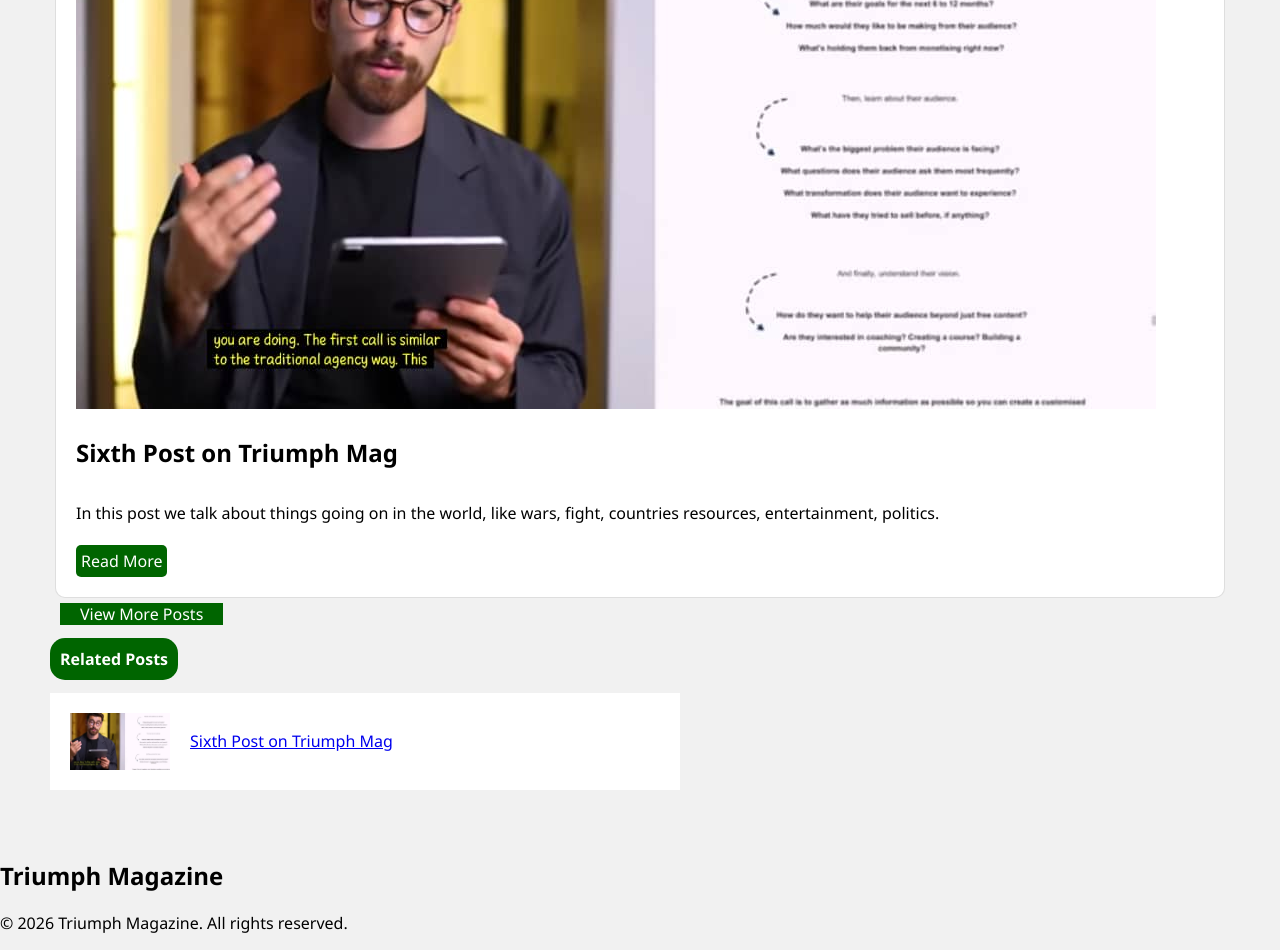
Repository: zikcolle/Triumph-Blog
Page: index.html
These files come from the project's save history. The page is drawn as it stood at one moment and after the next save; the edit follows.
The browser window is 1280 px wide. The pictures show the part of the page from y = 4545 to 5497 px (the page is 5495 px tall before and 5497 px after).

Above is the page before, as saved 2026-06-22 10:08:17.

### index.html
<!DOCTYPE html>
<html lang="en">

<head>
    <meta charset="UTF-8">
    <meta name="viewport" content="width=device-width, initial-scale=1.0">
    <title>Triumph Magazine</title>
    <link rel="stylesheet" href="styles.css">
</head>

<body>
    <header>
        <nav>
            <div class="logo">Triumph Magazine</div>
            <div class="hamburger" onclick="toggleMenu()">
                <svg width="30" height="30">
                    <line x1="3" y1="5" x2="27" y2="5" stroke="black" stroke-width="3" />
                    <line x1="3" y1="15" x2="27" y2="15" stroke="black" stroke-width="3" />
                    <line x1="3" y1="25" x2="27" y2="25" stroke="black" stroke-width="3" />
                </svg>


            </div>
            <ul id="nav-links">
                <li><a href="#">Home</a></li>
                <li><a href="/about-us">About</a></li>
                <li><a href="/contact-us">Contact</a></li>
            </ul>
        </nav>
    </header>


    <main>
        <section>
            <div>
                <h2 class="label-post">Trending Post 🔥</h2>
            </div>
            <div class="feat-post">
                <img src="simage\postiman.jpeg">
                <h1>How to make mony online as a beginner</h1>
                <p>In this post you would learn how to make money as a beginner as we delve into 20 ways you can earn
                    using your phone and the internet. These methods have been proven by millions of people in the
                    digital space and its best for you to know about it.</p>
                <a href="#" class="read-more">Read More</a>
            </div>
        </section>

        <section>
            <div>
                <h2 class="label-post" id="post-label">Recent Post</h2>
            </div>

            <div class="post-grid">
                <div class="blog-post">
                    <img src="simage\postiman.jpeg">
                    <h1>First Post on Triumph Mag</h1>
                    <p>In this post we talk about things going on in the world, like wars, fight, countries resources,
                        entertainment, politics.</p>
                    <a href="#" class="read-more">Read More</a>
                </div>

                <div class="blog-post">
                    <img src="simage\postiman.jpeg">
                    <h1>Second Post on Triumph Mag</h1>
                    <p>In this post we talk about things going on in the world, like wars, fight, countries resources,
                        entertainment, politics.</p>
                    <a href="#" class="read-more">Read More</a>
                </div>

                <div class="blog-post">
                    <img src="simage\postiman.jpeg">
                    <h1>Third Post on Triumph Mag</h1>
                    <p>In this post we talk about things going on in the world, like wars, fight, countries resources,
                        entertainment, politics.</p>
                    <a href="#" class="read-more">Read More</a>
                </div>

                <div class="blog-post">
                    <img src="simage\postiman.jpeg">
                    <h1>Fourth Post on Triumph Mag</h1>
                    <p>In this post we talk about things going on in the world, like wars, fight, countries resources,
                        entertainment, politics.</p>
                    <a href="#" class="read-more">Read More</a>
                </div>

                <div class="blog-post">
                    <img src="simage\postiman.jpeg">
                    <h1>Fifth Post on Triumph Mag</h1>
                    <p>In this post we talk about things going on in the world, like wars, fight, countries resources,
                        entertainment, politics.</p>
                    <a href="#" class="read-more">Read More</a>
                </div>

                <div class="blog-post">
                    <img src="simage\postiman.jpeg">
                    <h1>Sixth Post on Triumph Mag</h1>
                    <p>In this post we talk about things going on in the world, like wars, fight, countries resources,
                        entertainment, politics.</p>
                    <a href="#" class="read-more">Read More</a>
                </div>

            </div>
        </section>
        <a href="/blog" class="view-more">View More Posts</a>
        <section>
            <h2 class="label-post">Related Posts</h2>
            <div class="rel-post">
                <img src="simage\postiman.jpeg">
                <p><a href="/blog">Sixth Post on Triumph Mag</a></p>
            </div>
        </section>
    </main>

    <footer>
        <h2>Triumph Magazine</h2>
        <p>© 2026 Triumph Magazine. All rights reserved.</p>
    </footer>

</body>

</html>

<script>
    function toggleMenu() {
        document.getElementById('nav-links').classList.toggle('active');
    }
</script>

### styles.css
body {
    background-color: rgb(241, 241, 241);
    color: rgb(0, 0, 0);
    font-family:'Segoe UI', Tahoma, Geneva, Verdana, sans-serif;
    padding: 0;
    margin: 0;

}

header {
    background-color: rgba(255,255,255,0.92);
    padding: 10px 20px;
    border-bottom: 1px solid rgba(0, 0, 0, 0.108);
    backdrop-filter: blur(20px) saturate(180%);
    -webkit-backdrop-filter: blur(20px) saturate(180%);
    box-shadow: 0 1px 0 rgba(0,0,0,0.04), 0 2px 16px rgba(0,0,0,0.04);
    color: rgb(0, 101, 0);
    width: 100%;
    box-sizing: border-box;
}

nav {
    display: flex;
    justify-content: space-between;
    align-items: center;
}

nav ul {
    list-style: none;
    display: flex;
    gap: 20px;
    margin: 0;
    padding: 0;
}

nav ul li a {
    text-decoration: none;
    color: rgb(0, 0, 0);
}

nav a:hover {
    color: rgb(0, 101, 0);
    text-decoration: underline;
}

.hamburger {
    display: none;
    font-size: 24px;
}

@media (max-width: 768px) {
    nav ul {
        display: none;
        flex-direction: column;
        position: absolute;
        top: 60px;
        right: 0;
        background: rgb(255, 255, 255);
        width: 100%;
        text-align: center;
        padding: 20px;
        box-shadow: 0 2px 5px rgba(0, 0, 0, 0.1);
        z-index: 1000;
    }

    nav ul.active {
        display: flex !important;
    }

    nav ul li {
        margin: 10px 0;
    }

    .hamburger {
        display: block;
        cursor: pointer;
    }
}

main {
    padding: 50px;
}

img, svg, video, canvas, iframe {
  max-width: 100%;
  height: auto;
  display: block;
}

.label-post {
    background-color: rgb(0, 101, 0);
    color: rgb(255, 255, 255);
    max-width: fit-content;
    padding: 10px;
    border-radius: 15px;
    font-size: 1rem;
}

.feat-post {
    background-color: rgb(255, 255, 255);
    border: 1px solid rgba(0, 0, 0, 0.129);
    max-width: 100%;
    height: auto;
    align-items: center;
    display: block;
    border-radius: 10px;
    backdrop-filter: blur(20px) saturate(180%);
    -webkit-backdrop-filter: blur(20px) saturate(180%);
    box-shadow: 0 1px 0 rgba(0,0,0,0.04), 0 2px 16px rgba(0,0,0,0.04);
    padding: 20px;
    image-rendering: auto;
    justify-content: center;
}

.read-more {
    background-color: rgb(0, 101, 0);
    color: rgb(255, 255, 255);
    text-decoration: none;
    max-width: fit-content;
    padding: 5px;
    border-radius: 5px;
}

.post-grid {
    display: grid;
    grid-template-columns: repeat(auto-fit, minmax(600px, 1fr));
}

.blog-post {
    background-color: rgb(255, 255, 255);
    border: 1px solid rgba(0, 0, 0, 0.129);
    border-radius: 10px;
    padding: 20px;
    margin: 5px;
    line-height: 2;
}

.view-more {
    background-color: rgb(0, 101, 0);
    color: rgb(255, 255, 255);
    text-decoration: none;
    padding: 20px;
    margin: 10px;
    padding-top: 0;
    padding-bottom: 0;
}

.rel-post {
   display: flex;
   align-items: center;
   gap: 20px;
   background-color: rgb(255, 255, 255);
   width: auto;
   height: auto;
   max-width: 50%;
   padding: 20px;

}

.rel-post img {
    width: 100px;
    aspect-ratio: 16 / 9;
    object-fit: cover;
}

After the next save:
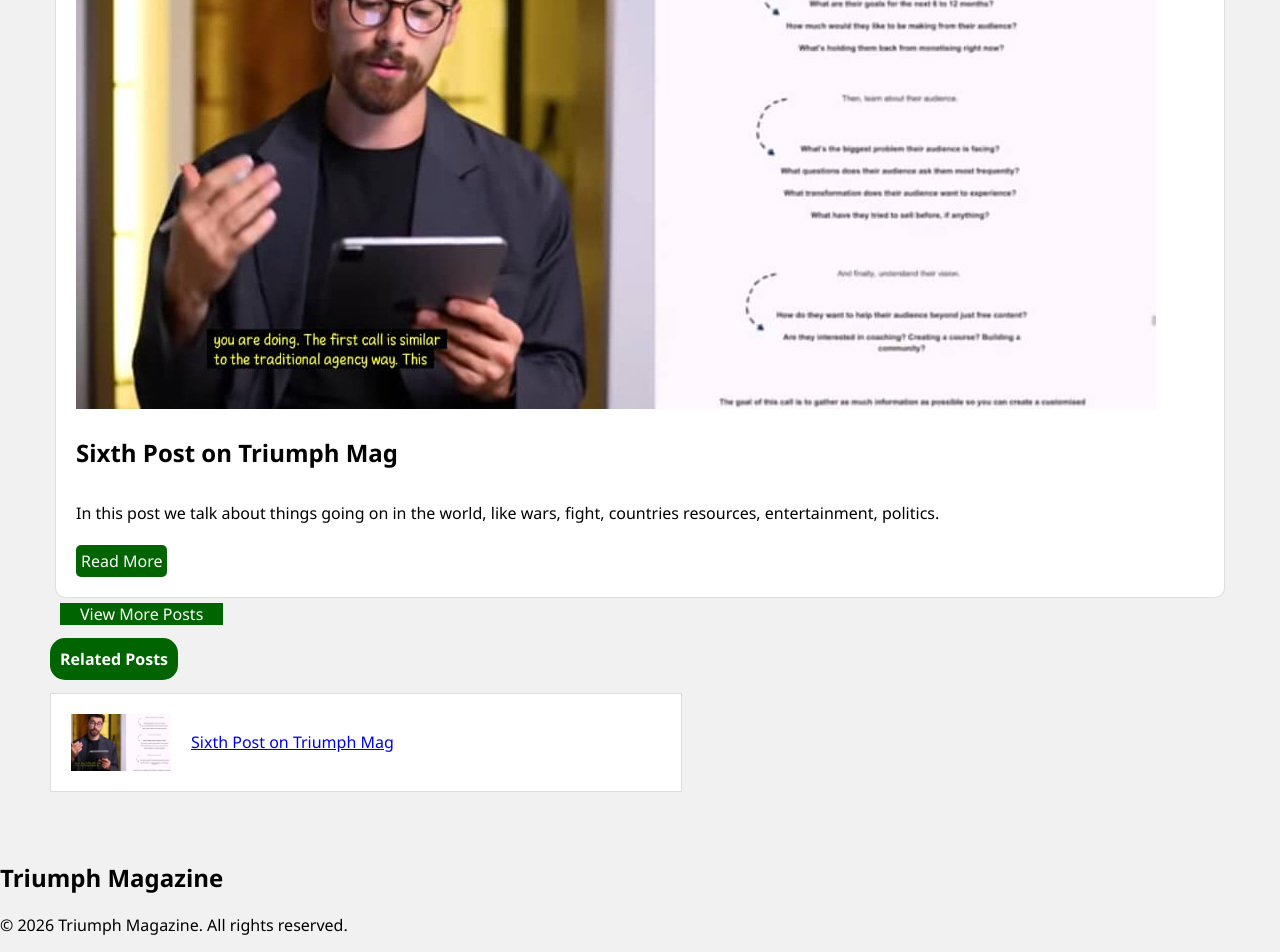
Saved 39 s later.
--- a/styles.css
+++ b/styles.css
@@ -154,7 +154,7 @@ img, svg, video, canvas, iframe {
    height: auto;
    max-width: 50%;
    padding: 20px;
-
+   border: 1px solid rgba(0, 0, 0, 0.129);
 }
 
 .rel-post img {
